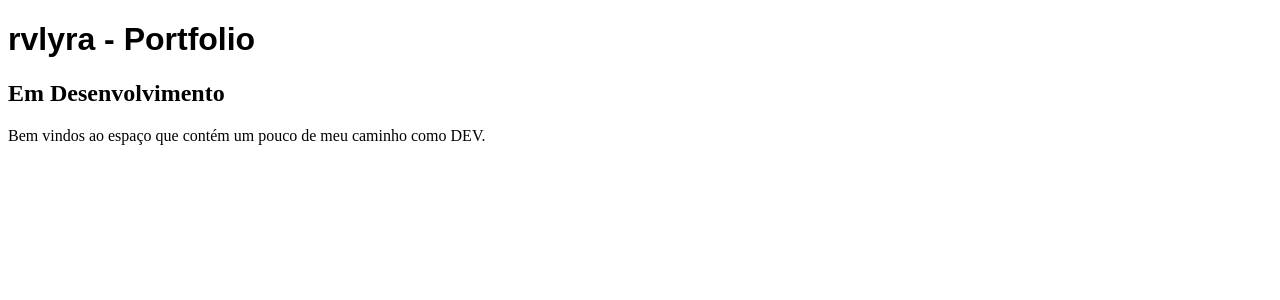
Repository: rvlyra/splash-screen-rvlyra
Page: Portfolio-RVLYRA/public/index.html
An editor plug-in stored every save of this project. The page is shown before and after the next save, followed by the edit.
The browser window is 1280 px wide. The pictures show the whole page.
Some web fonts or font styles are not loaded; a fallback is used.

Above is the page before, as saved 2022-07-06 09:15:55.

After the next save:
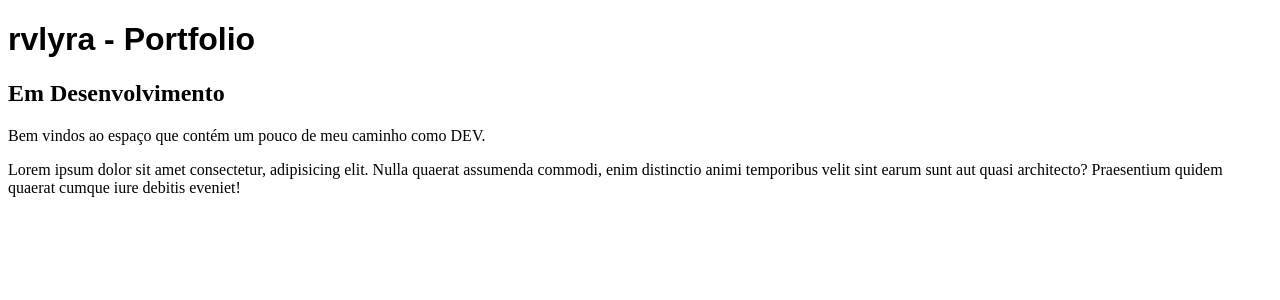
Saved 10 s later.
--- a/Portfolio-RVLYRA/public/index.html
+++ b/Portfolio-RVLYRA/public/index.html
@@ -15,7 +15,7 @@
     <section>
         <h2>Em Desenvolvimento</h2>
         <p>Bem vindos ao espaço que contém um pouco de meu caminho como DEV.</p>
-        <p></p>
+        <p>Lorem ipsum dolor sit amet consectetur, adipisicing elit. Nulla quaerat assumenda commodi, enim distinctio animi temporibus velit sint earum sunt aut quasi architecto? Praesentium quidem quaerat cumque iure debitis eveniet!</p>
     </section>
     <section></section>
     <section></section>
